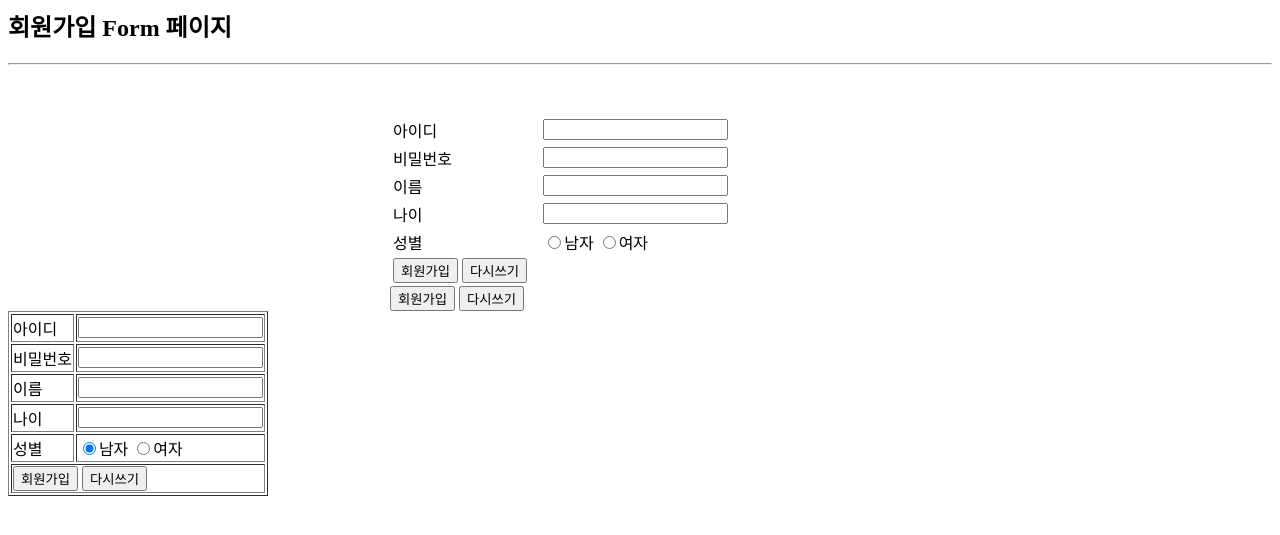
Repository: hyunh84/jsp_study
Page: http://localhost/ROOT/f02_member/j01_regMem.jsp
The author's editor kept a copy of each file at every save. The page is drawn from the files as they stood at one save, then again after the next save.
The browser window is 1280 px wide. The pictures show the whole page.
The page is served by Tomcat 9.

Above is the page before, as saved 2015-10-10 01:07:47.

After the next save:
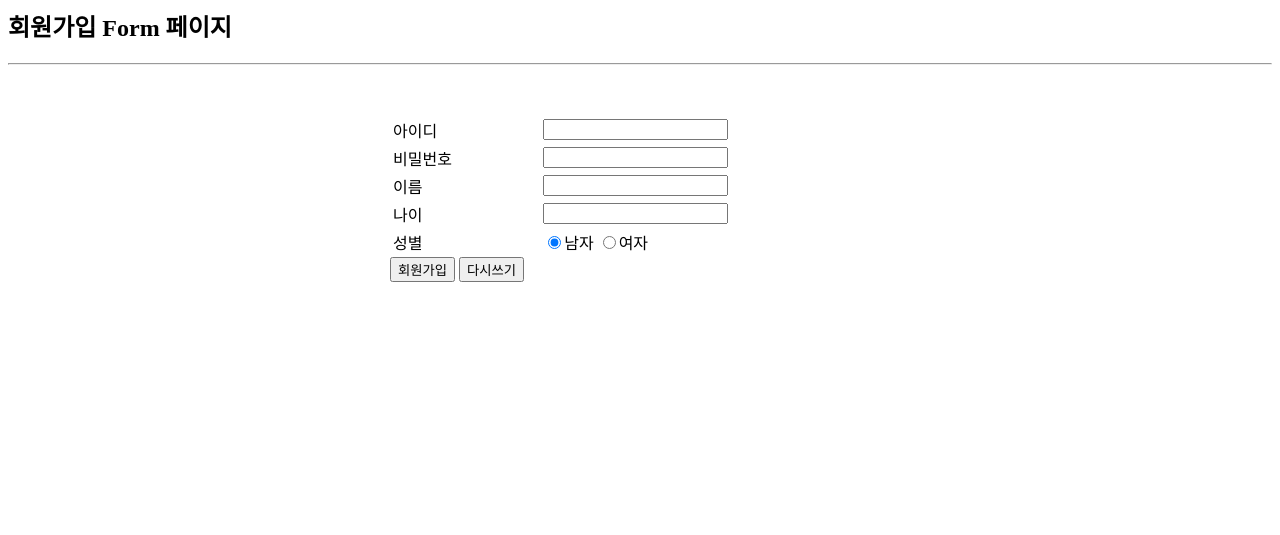
Saved 19 s later.
--- a/MyWorks/ROOT/WebContent/f02_member/j01_regMem.jsp
+++ b/MyWorks/ROOT/WebContent/f02_member/j01_regMem.jsp
@@ -52,60 +52,14 @@
 							<input type="radio" name="gender" value="weman"/>여자
 						</td>
 					</tr>
-					<tr>
-						<td colspan="2">
-							<input type="submit" value="회원가입"/>
-							<input type="reset" value="다시쓰기"/>
-						</td>
-					</tr>
 				</tbody>
 			</table>
 			<div>
 				<input type="submit" value="회원가입"/>
-							<input type="reset" value="다시쓰기"/>
+				<input type="reset" value="다시쓰기"/>
 			</div>
 		</div>
 
-		<table border="1">
-			<tr>
-				<td>아이디</td>
-				<td>
-					<input type="text" name="id"/>
-				</td>
-			</tr>
-			<tr>
-				<td>비밀번호</td>
-				<td>
-					<input type="password" name="pw"/>
-				</td>
-			</tr>
-			<tr>
-				<td>이름</td>
-				<td>
-					<input type="text" name="name"/>
-				</td>
-			</tr>
-			<tr>
-				<td>나이</td>
-				<td>
-					<input type="text" name="age"/>
-				</td>
-			</tr>
-			<tr>
-				<td>성별</td>
-				<td>
-					<input type="radio" name="gender"
-									value="man" checked="checked"/>남자
-					<input type="radio" name="gender" value="weman"/>여자
-				</td>
-			</tr>
-			<tr>
-				<td colspan="2">
-					<input type="submit" value="회원가입"/>
-					<input type="reset" value="다시쓰기"/>
-				</td>
-			</tr>
-		</table>
 	</form>
 
 
